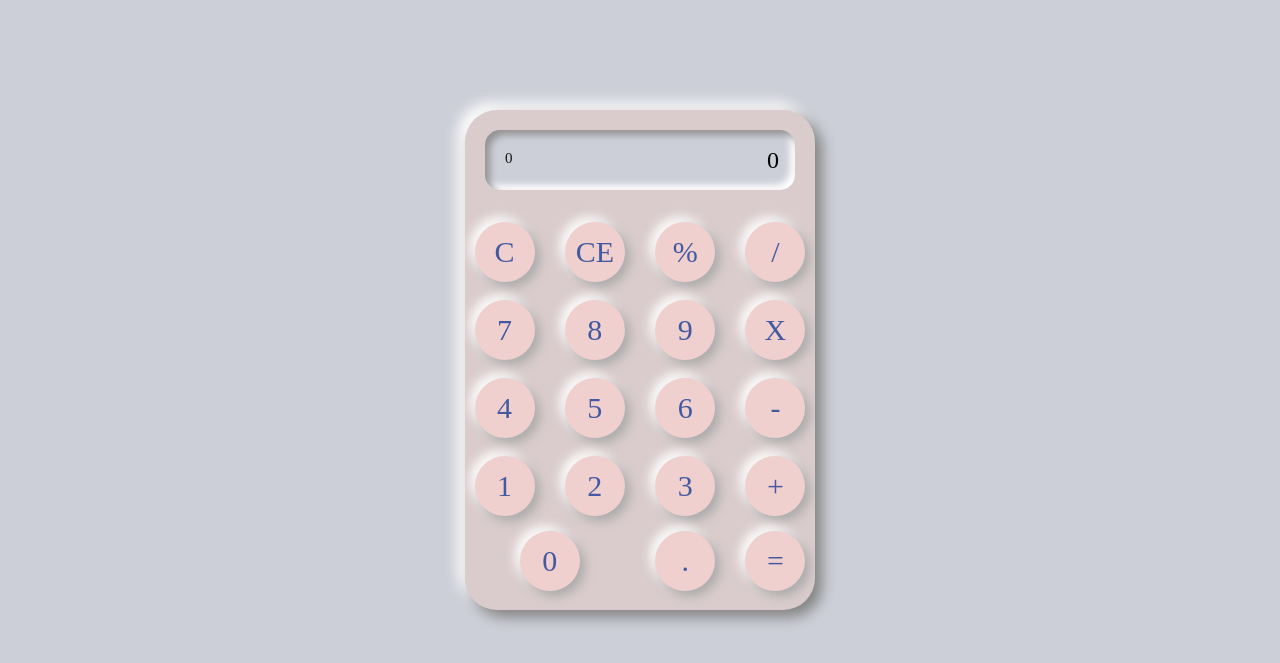
Repository: Goldmyn/Calculator
Page: index.html
The author's editor kept a copy of each file at every save. The page is drawn from the files as they stood at one save, then again after a run of saves.
The browser window is 1280 px wide. The pictures show the whole page.

Above is the page before, as saved 2022-09-28 02:40:24.

### index.html
<!DOCTYPE html>
<html lang="en">
<head>
    <meta charset="UTF-8">
    <meta http-equiv="X-UA-Compatible" content="IE=edge">
    <meta name="viewport" content="width=device-width, initial-scale=1.0">
    <title>Calculator</title>
    <link rel="stylesheet" href="index.css">
</head>
<body>
    <header>

    </header>

    <section>
        <div class="container">
            <div class="calculator">
                <div class="display">
                    <div class="display_a">0</div>
                    <div class="border"> <div class="display-2">0</div> </div>
                </div>
                <div class="all_buttons">
                    <div class="button all_clear">C</div>
                    <div class="button last_entity_clear">CE</div>
                    <div class="button operation">%</div>
                    <div class="button operation">/</div>
                    <div class="button number">7</div>
                    <div class="button number">8</div>
                    <div class="button number">9</div>
                    <div class="button operation">X</div>
                    <div class="button number">4</div>
                    <div class="button number">5</div>
                    <div class="button number">6</div>
                    <div class="button operation">-</div>
                    <div class="button number">1</div>
                    <div class="button number">2</div>
                    <div class="button number">3</div>
                    <div class="button operation">+</div>
                    <div class="button btn-0 number">0</div>
                    <div class="button number dot">.</div>
                    <div class="button equal">=</div>
                </div>
            </div>
        </div>
    </section>
</body>
</html>

### index.css
* {
    padding: 0;
    margin: 0;
    box-sizing: border-box;
}
html {
    font-family: 'Gill Sans', 'Gill Sans MT', Calibri, 'Trebuchet MS', sans-serif';
}

section {
    background-color: #cdcfd8;
    min-height: 100vh;
    width: 100%;
    display: flex;
    align-items: center;
    justify-content: center;
}

.container {
    background-color: #e0e0e0;
    width: 90%;
    height: 500px;
    max-width: 350px;
    border-radius: 32px;
    background: #dacccc;
    box-shadow: 7px 7px 14px #828282, -7px -7px 14px #ffffff;
    overflow: hidden;
}

.display {
    height: 100px;
    width: 100%;
    text-align: right;
    padding: 20px;
    font-size: 30px;
    position: relative;
}

.display_a  {
    opacity: 0.9;
    font-size: 15px;
    height: 20px;
    overflow: hidden;
    position: absolute;
    bottom: 40px;
    left: 40px;
}

.border {
    background-color: aqua;
    height: 60px;
    width: 100%;
    padding-right: 1rem;
    display: flex;
    align-items: center;
    justify-content: flex-end;
    border-radius: 15px;
    background: #cdcfd8;
    font-size: 24px;
    box-shadow: inset 5px 5px 7px #949494 , inset -5px -5px 7px #ffffff;
}

.all_buttons {
    color: rgb(68, 90, 160);
    display: grid;
    grid-template:
        repeat(4, minmax(67px, 1fr))
        / repeat(4, minmax(50px, 1fr));
    gap: 0.7rem;
    transform: translateY(0.5rem);
    place-items: center;
}

.button {
    display: inline-block;
    height: 60px;
    width: 60px;
    display: flex;
    align-items: center;
    justify-content: center;
    font-size: 30px;
    cursor: pointer;
    border-radius: 100px;
    background: #f0cfcf;
    box-shadow: 5px 5px 11px #aaaaaa ,  -5px -5px 11px #ffffff;
}

.button:hover {
    background-color: rgba(218, 65, 129, 0.822);
    color: white;
}

.btn-0 {
    grid-column: 1/3;
}

After the next 5 saves:
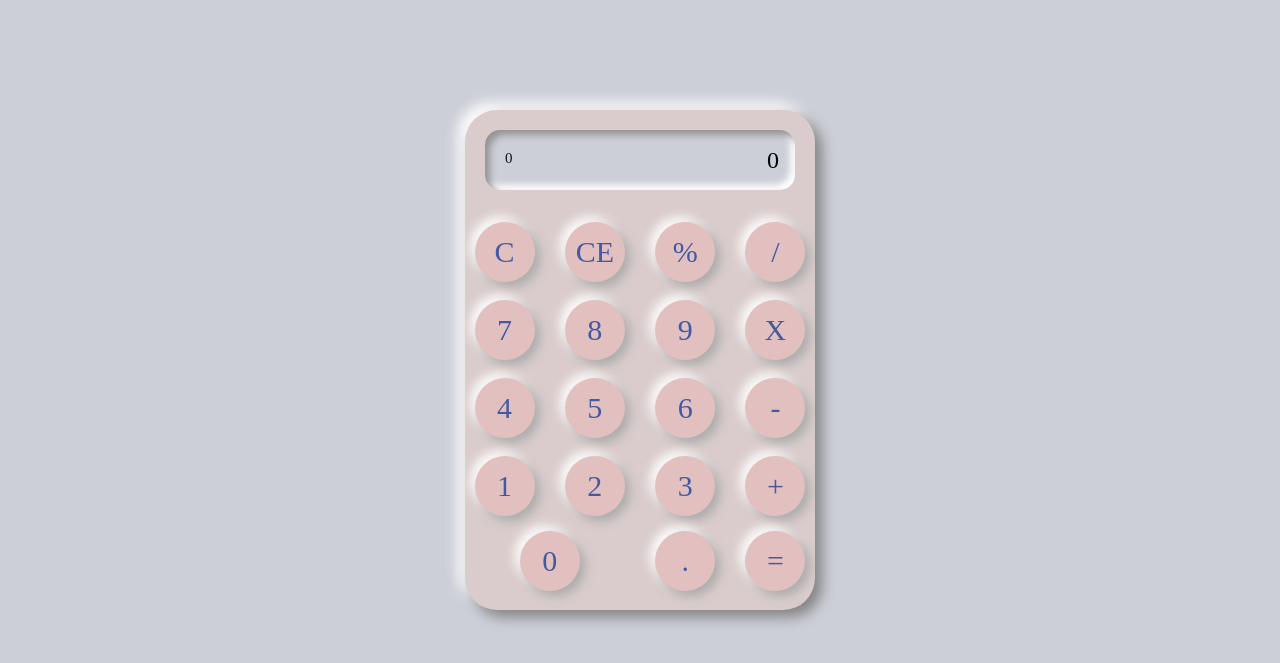
The 5 saves are shown as one change because they came seconds apart.
The last was saved 13 s later.
--- a/index.css
+++ b/index.css
@@ -81,7 +81,7 @@ section {
     font-size: 30px;
     cursor: pointer;
     border-radius: 100px;
-    background: #f0cfcf;
+    background: #e2c0c0;
     box-shadow: 5px 5px 11px #aaaaaa ,  -5px -5px 11px #ffffff;
 }
 
